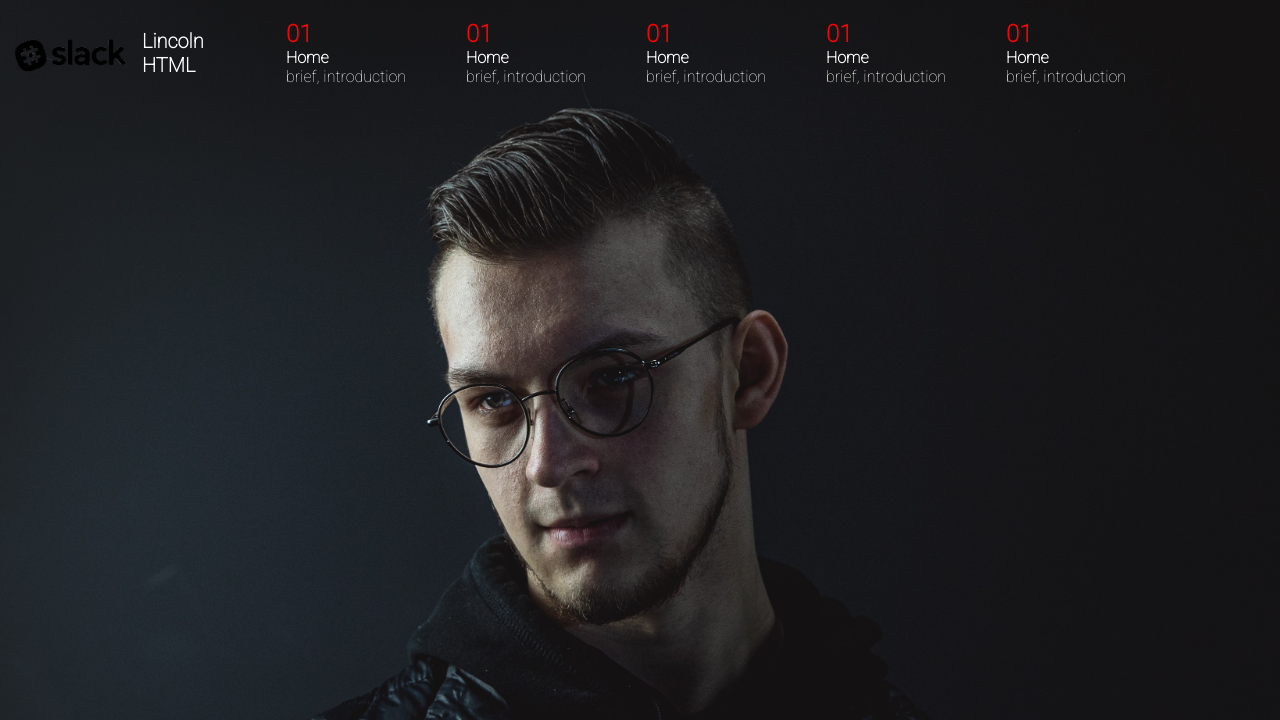
Repository: linco6054/simple-html
Page: index.html
An editor plug-in stored every save of this project. The page is shown before and after the next save, followed by the edit.
The browser window is 1280 px wide. The pictures show the whole page.

Above is the page before, as saved 2021-08-16 15:50:26.

### index.html
<!DOCTYPE html>
<html lang="en">
  <head>
    <meta charset="UTF-8" />
    <meta http-equiv="X-UA-Compatible" content="IE=edge" />
    <link rel="preconnect" href="https://fonts.googleapis.com">
<link rel="preconnect" href="https://fonts.gstatic.com" crossorigin>
<link href="https://fonts.googleapis.com/css2?family=Roboto:wght@100&display=swap" rel="stylesheet">
    <meta name="viewport" content="width=device-width, initial-scale=1.0" />
    <link rel="stylesheet" href="style.css" />
    <title>Lincoln</title>
  </head>
  <body>
    <section class="sec1">
      <nav>
        <div>
          <img src="/images/logo.png" alt="" />
          <span>Lincoln HTML</span>
        </div>

        <ul>
          <li>
            <h2>01</h2>
            <h4>Home</h4>
            <p>brief, introduction</p>
          </li>
          <li>
            <h2>01</h2>
            <h4>Home</h4>
            <p>brief, introduction</p>
          </li>
          <li>
            <h2>01</h2>
            <h4>Home</h4>
            <p>brief, introduction</p>
          </li>
          <li>
            <h2>01</h2>
            <h4>Home</h4>
            <p>brief, introduction</p>
          </li>
          <li>
            <h2>01</h2>
            <h4>Home</h4>
            <p>brief, introduction</p>
          </li>
        </ul>
      </nav>
    </section>
  </body>
</html>

### style.css
* {
  margin: 0;
  padding: 0;
}
body {
  max-width: 100%;
  height: auto;
  overflow: hidden;
  color: #fff;
  font-family: "Roboto", sans-serif;
}
section {
  height: 100vh;
  width: 100%;
  overflow: hidden;
}
/* ================================Sectiion 1================================== */
.sec1 {
  background-image: url("./images/bg.jpg");
  background-size: cover;
  background-repeat: no-repeat;
}
nav {
  display: flex;
  justify-content: space-between;
}
nav > div {
  flex: 1;
  justify-content: left;
  align-items: center;
  display: flex;
}
nav > div > img {
  height: 80px;
}
nav > div > span {
  font-weight: bold;
  font-size: 20px;
}
nav > ul {
  display: flex;
  flex: 4;
}

nav li {
  list-style: none;
  padding: 20px 30px;
}
nav li > h2 {
  color: red;
}

After the next save:
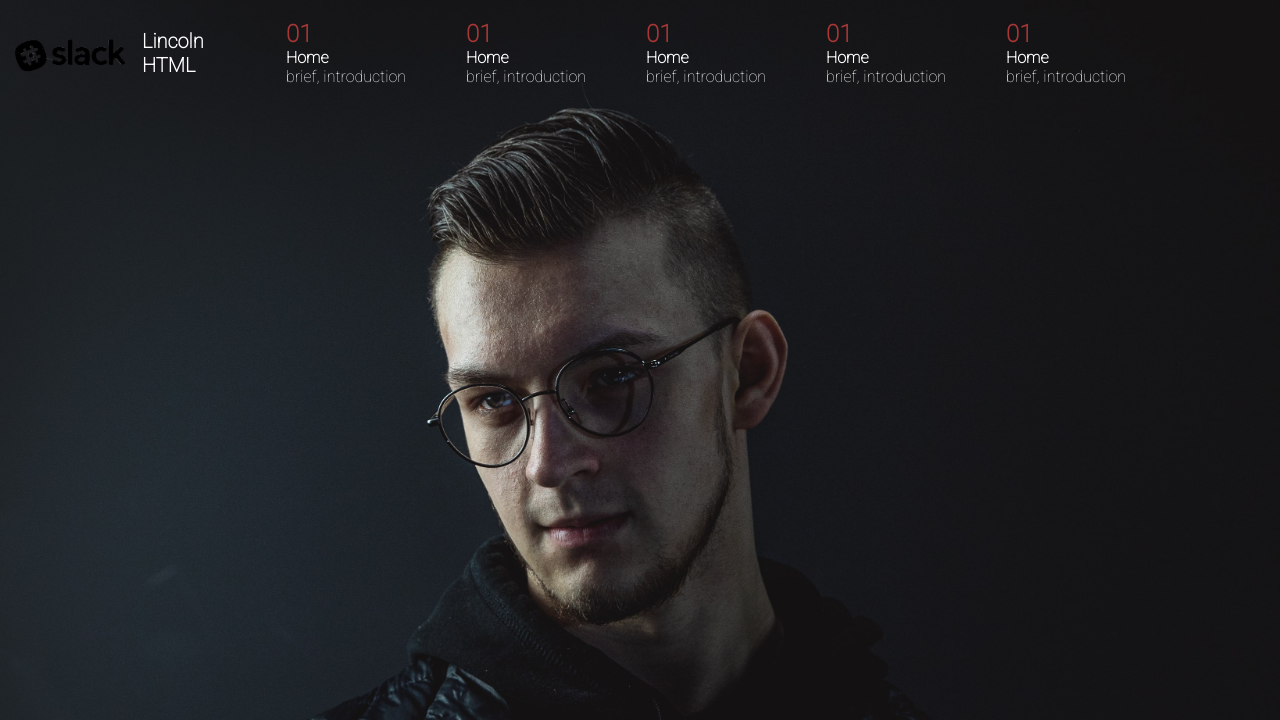
Saved 7 s later.
--- a/style.css
+++ b/style.css
@@ -47,5 +47,5 @@
   padding: 20px 30px;
 }
 nav li > h2 {
-  color: red;
+  color: rgb(168, 54, 54);
 }
